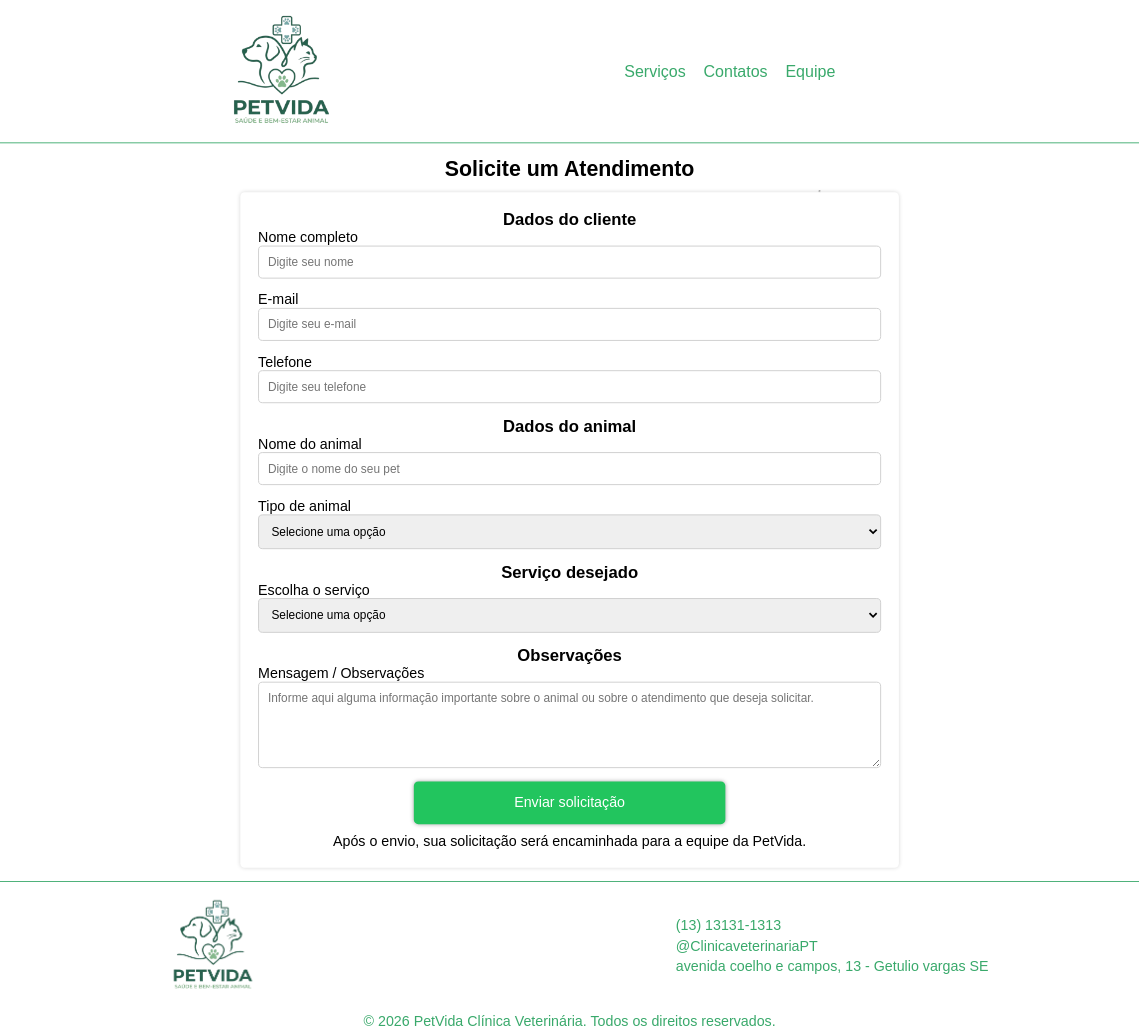
Repository: antonymsantana-design/Veterinario
Page: contatos.html
An editor plug-in stored every save of this project. The page is shown before and after the next save, followed by the edit.
The browser window is 1280 px wide. The pictures show the whole page, at 89% of full size.

Above is the page before, as saved 2026-10-03 19:59:30.

After the next save:
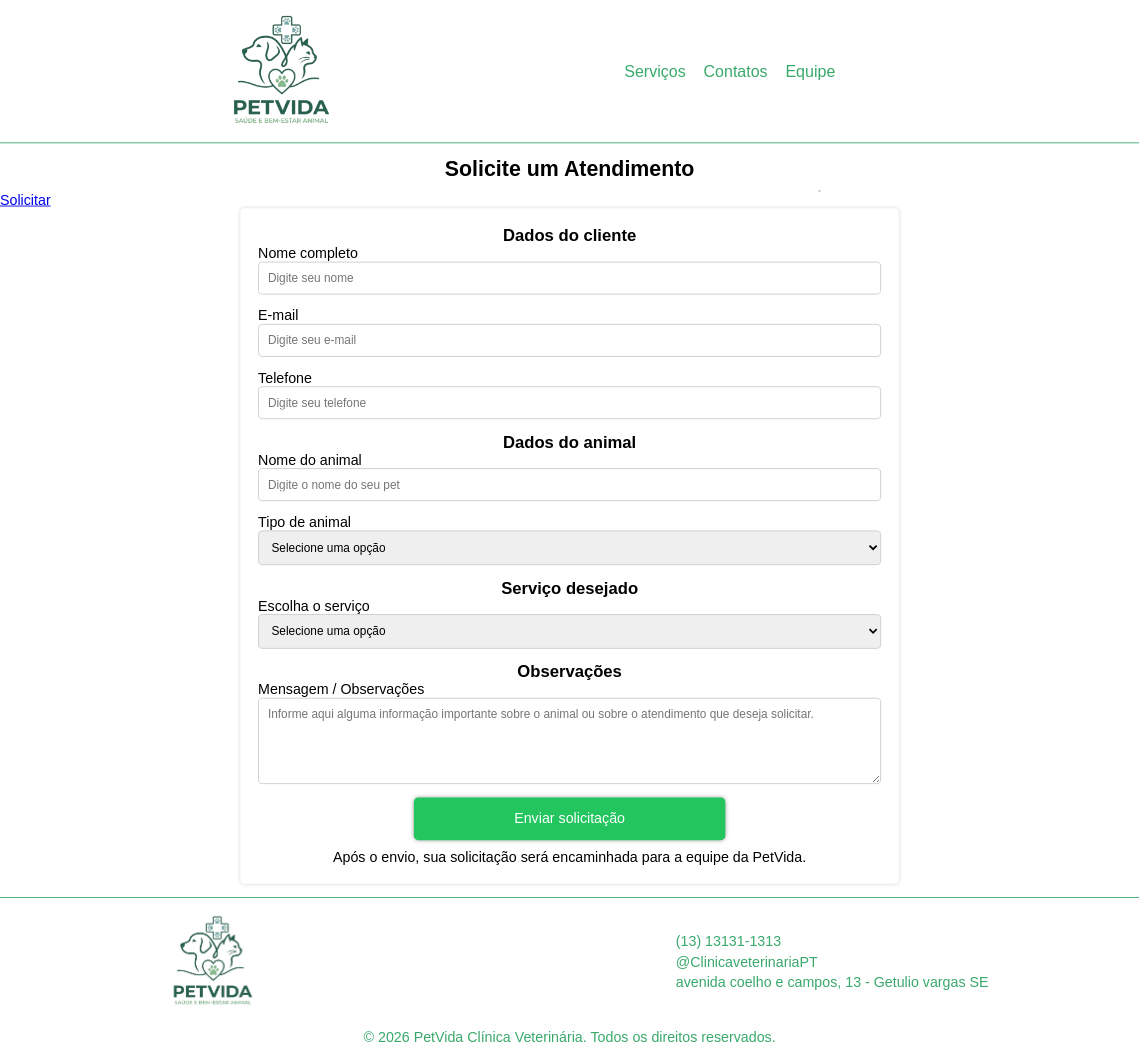
Saved 13 s later.
--- a/contatos.html
+++ b/contatos.html
@@ -25,7 +25,7 @@
     <h2 class="Our" id="servicosT">Solicite um Atendimento</h2>
     <hr />
 
-    <a href="contatos.html"></a>
+    <a href="contatos.html">Solicitar</a>
 
     <div class="context">
     <form

After the save that followed:
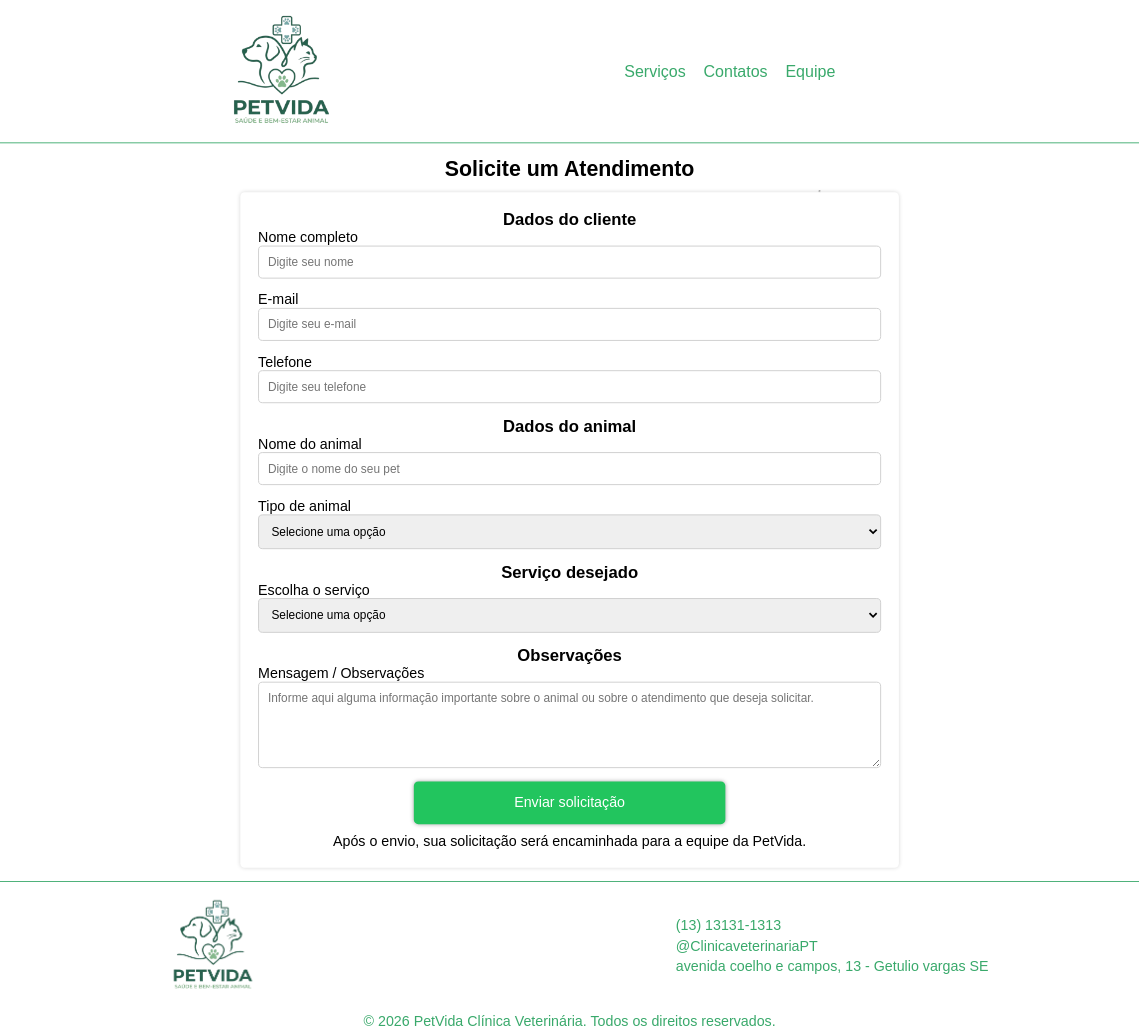
Saved 5 s later.
--- a/contatos.html
+++ b/contatos.html
@@ -25,7 +25,7 @@
     <h2 class="Our" id="servicosT">Solicite um Atendimento</h2>
     <hr />
 
-    <a href="contatos.html">Solicitar</a>
+
 
     <div class="context">
     <form
